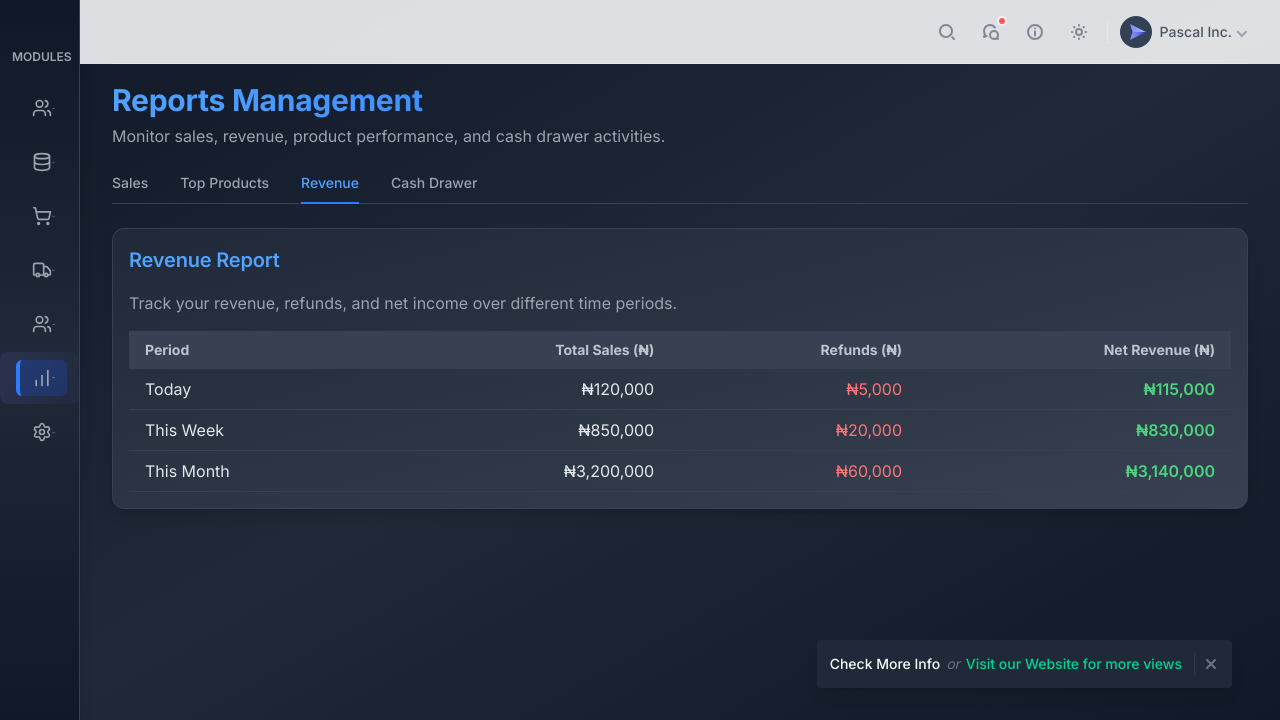
Repository: chykesure/grox-supermarket
Page: /reports/revenue
The author's editor kept a copy of each file at every save. The page is drawn from the files as they stood at one save, then again after the next save.
The browser window is 1280 px wide. The pictures show the whole page.
The project was rebuilt for these pictures with package versions that can differ from the ones it lists, and the page was loaded fresh each time. Also part of the build but not shown: vite.config.js, src/components/DropdownFilter.jsx, src/lib/utils.ts, src/components/ui/calendar.jsx, src/components/ui/popover.jsx, src/components/Datepicker.jsx, src/charts/LineChart01.jsx, src/components/DropdownEditMenu.jsx and 50 more.

Above is the page before, as saved 2025-09-24 11:59:40.

After the next save:
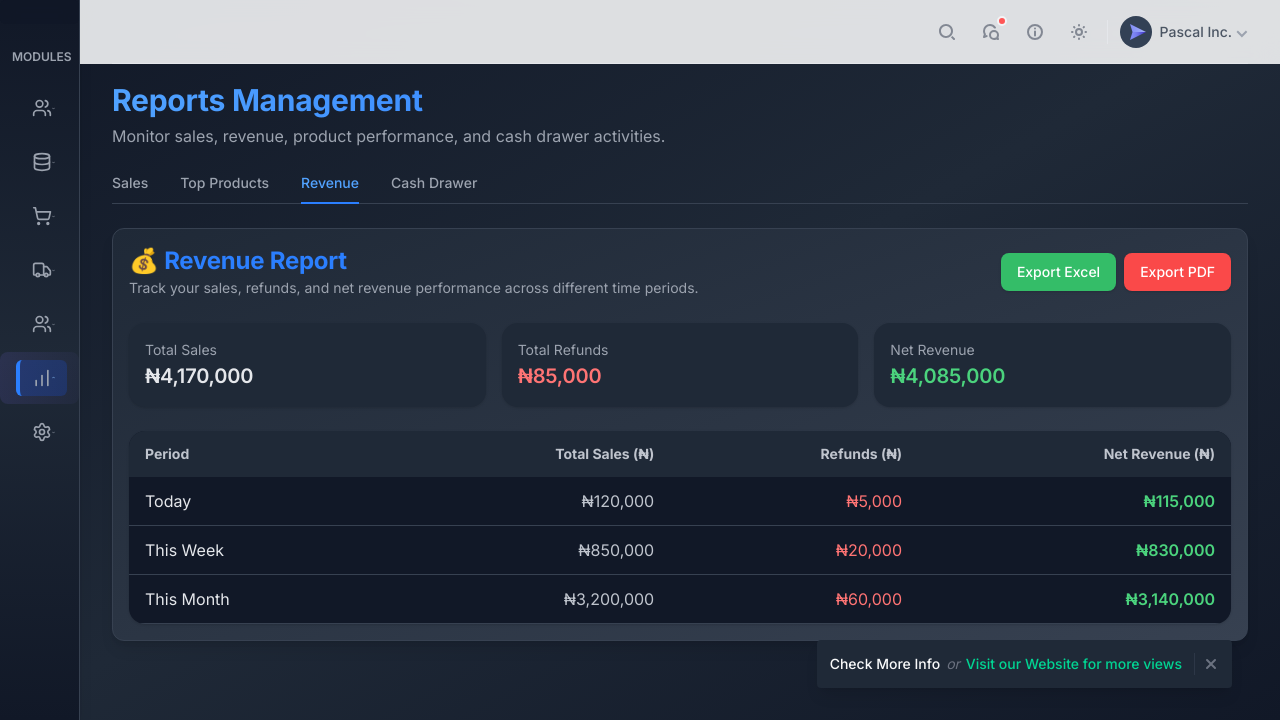
Saved 2 min 11 s later.
--- a/src/pages/pos/reports/RevenueReport.jsx
+++ b/src/pages/pos/reports/RevenueReport.jsx
@@ -1,5 +1,8 @@
 // src/pages/reports/RevenueReport.jsx
 import React from "react";
+import * as XLSX from "xlsx";
+import jsPDF from "jspdf";
+import "jspdf-autotable";
 
 function RevenueReport() {
   const revenueData = [
@@ -8,37 +11,139 @@ function RevenueReport() {
     { id: 3, period: "This Month", sales: 3200000, refunds: 60000, net: 3140000 },
   ];
 
+  // ✅ Totals for summary
+  const totals = revenueData.reduce(
+    (acc, row) => {
+      acc.sales += row.sales;
+      acc.refunds += row.refunds;
+      acc.net += row.net;
+      return acc;
+    },
+    { sales: 0, refunds: 0, net: 0 }
+  );
+
+  // ✅ Export to Excel
+  const exportToExcel = () => {
+    const worksheet = XLSX.utils.json_to_sheet(
+      revenueData.map((row) => ({
+        Period: row.period,
+        "Total Sales (₦)": row.sales,
+        "Refunds (₦)": row.refunds,
+        "Net Revenue (₦)": row.net,
+      }))
+    );
+    const workbook = XLSX.utils.book_new();
+    XLSX.utils.book_append_sheet(workbook, worksheet, "Revenue Report");
+    XLSX.writeFile(workbook, "revenue_report.xlsx");
+  };
+
+  // ✅ Export to PDF
+  const exportToPDF = () => {
+    const doc = new jsPDF();
+    doc.text("Revenue Report", 14, 15);
+
+    doc.autoTable({
+      startY: 20,
+      head: [["Period", "Total Sales (₦)", "Refunds (₦)", "Net Revenue (₦)"]],
+      body: revenueData.map((row) => [
+        row.period,
+        row.sales.toLocaleString(),
+        row.refunds.toLocaleString(),
+        row.net.toLocaleString(),
+      ]),
+    });
+
+    // Totals summary
+    doc.text(
+      `Totals → Sales: ₦${totals.sales.toLocaleString()} | Refunds: ₦${totals.refunds.toLocaleString()} | Net: ₦${totals.net.toLocaleString()}`,
+      14,
+      doc.lastAutoTable.finalY + 10
+    );
+
+    doc.save("revenue_report.pdf");
+  };
+
   return (
-    <div className="space-y-4">
+    <div className="space-y-6">
       {/* Header */}
-      <h2 className="text-xl font-semibold text-blue-400">Revenue Report</h2>
-      <p className="text-gray-400">Track your revenue, refunds, and net income over different time periods.</p>
+      <div className="flex flex-col md:flex-row md:items-center md:justify-between gap-3">
+        <div>
+          <h2 className="text-2xl font-bold text-blue-500">💰 Revenue Report</h2>
+          <p className="text-gray-400 text-sm">
+            Track your sales, refunds, and net revenue performance across different time periods.
+          </p>
+        </div>
+        {/* Export Buttons */}
+        <div className="flex gap-2">
+          <button
+            onClick={exportToExcel}
+            className="px-4 py-2 rounded-lg bg-green-600 hover:bg-green-700 text-white text-sm font-medium shadow"
+          >
+            Export Excel
+          </button>
+          <button
+            onClick={exportToPDF}
+            className="px-4 py-2 rounded-lg bg-red-600 hover:bg-red-700 text-white text-sm font-medium shadow"
+          >
+            Export PDF
+          </button>
+        </div>
+      </div>
+
+      {/* Summary Cards */}
+      <div className="grid grid-cols-1 md:grid-cols-3 gap-4">
+        <div className="bg-gray-800 p-4 rounded-2xl shadow">
+          <p className="text-gray-400 text-sm">Total Sales</p>
+          <p className="text-xl font-semibold text-gray-200">
+            ₦{totals.sales.toLocaleString()}
+          </p>
+        </div>
+        <div className="bg-gray-800 p-4 rounded-2xl shadow">
+          <p className="text-gray-400 text-sm">Total Refunds</p>
+          <p className="text-xl font-semibold text-red-400">
+            ₦{totals.refunds.toLocaleString()}
+          </p>
+        </div>
+        <div className="bg-gray-800 p-4 rounded-2xl shadow">
+          <p className="text-gray-400 text-sm">Net Revenue</p>
+          <p className="text-xl font-semibold text-green-400">
+            ₦{totals.net.toLocaleString()}
+          </p>
+        </div>
+      </div>
 
       {/* Table */}
-      <div className="overflow-x-auto">
+      <div className="bg-gray-900 rounded-2xl shadow overflow-hidden">
         <table className="w-full border-collapse">
           <thead>
-            <tr className="bg-gray-700 text-gray-300 text-sm">
-              <th className="px-4 py-2 text-left">Period</th>
-              <th className="px-4 py-2 text-right">Total Sales (₦)</th>
-              <th className="px-4 py-2 text-right">Refunds (₦)</th>
-              <th className="px-4 py-2 text-right">Net Revenue (₦)</th>
+            <tr className="bg-gray-800 text-gray-300 text-sm">
+              <th className="px-4 py-3 text-left">Period</th>
+              <th className="px-4 py-3 text-right">Total Sales (₦)</th>
+              <th className="px-4 py-3 text-right">Refunds (₦)</th>
+              <th className="px-4 py-3 text-right">Net Revenue (₦)</th>
             </tr>
           </thead>
           <tbody>
             {revenueData.map((row) => (
-              <tr key={row.id} className="border-b border-gray-700 text-gray-200">
-                <td className="px-4 py-2">{row.period}</td>
-                <td className="px-4 py-2 text-right">₦{row.sales.toLocaleString()}</td>
-                <td className="px-4 py-2 text-right text-red-400">₦{row.refunds.toLocaleString()}</td>
-                <td className="px-4 py-2 text-right text-green-400 font-semibold">
+              <tr
+                key={row.id}
+                className="border-b border-gray-700 hover:bg-gray-800/60 transition"
+              >
+                <td className="px-4 py-3 text-gray-200">{row.period}</td>
+                <td className="px-4 py-3 text-right text-gray-300">
+                  ₦{row.sales.toLocaleString()}
+                </td>
+                <td className="px-4 py-3 text-right text-red-400">
+                  ₦{row.refunds.toLocaleString()}
+                </td>
+                <td className="px-4 py-3 text-right font-semibold text-green-400">
                   ₦{row.net.toLocaleString()}
                 </td>
               </tr>
             ))}
             {revenueData.length === 0 && (
               <tr>
-                <td colSpan="4" className="text-center py-4 text-gray-400">
+                <td colSpan="4" className="text-center py-6 text-gray-400">
                   No revenue data available.
                 </td>
               </tr>
